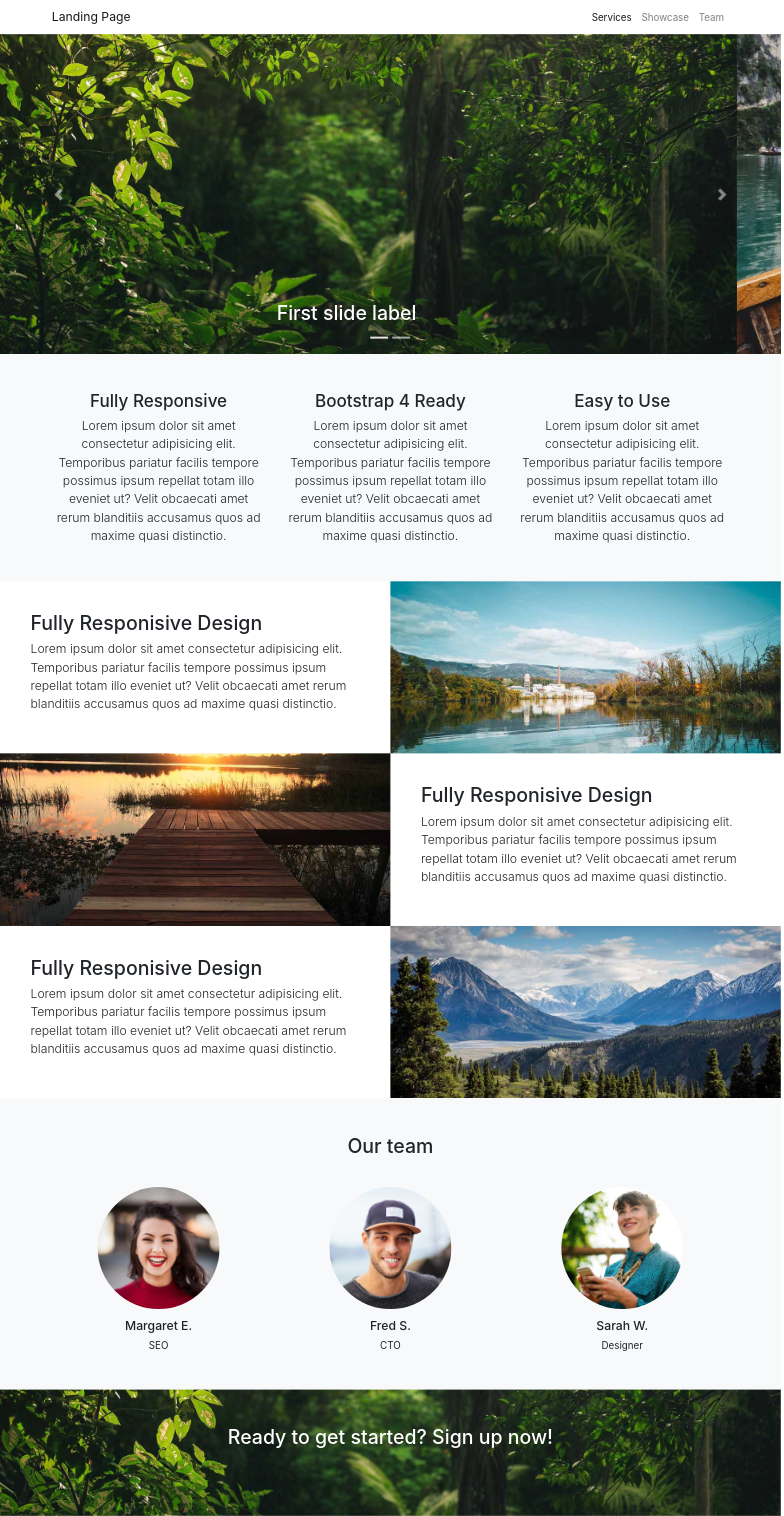
Repository: magdaf41/Bootstrap
Page: zadanie 3/index.html
An editor plug-in stored every save of this project. The page is shown before and after the next save, followed by the edit.
The browser window is 1280 px wide. The page is 1280 px wide, then 1285 px, so the pictures cover 1285 px, including what lies to the right of the window. The pictures show the whole page, at 61% of full size.

Above is the page before, as saved 2020-09-18 09:19:52.

After the next save:
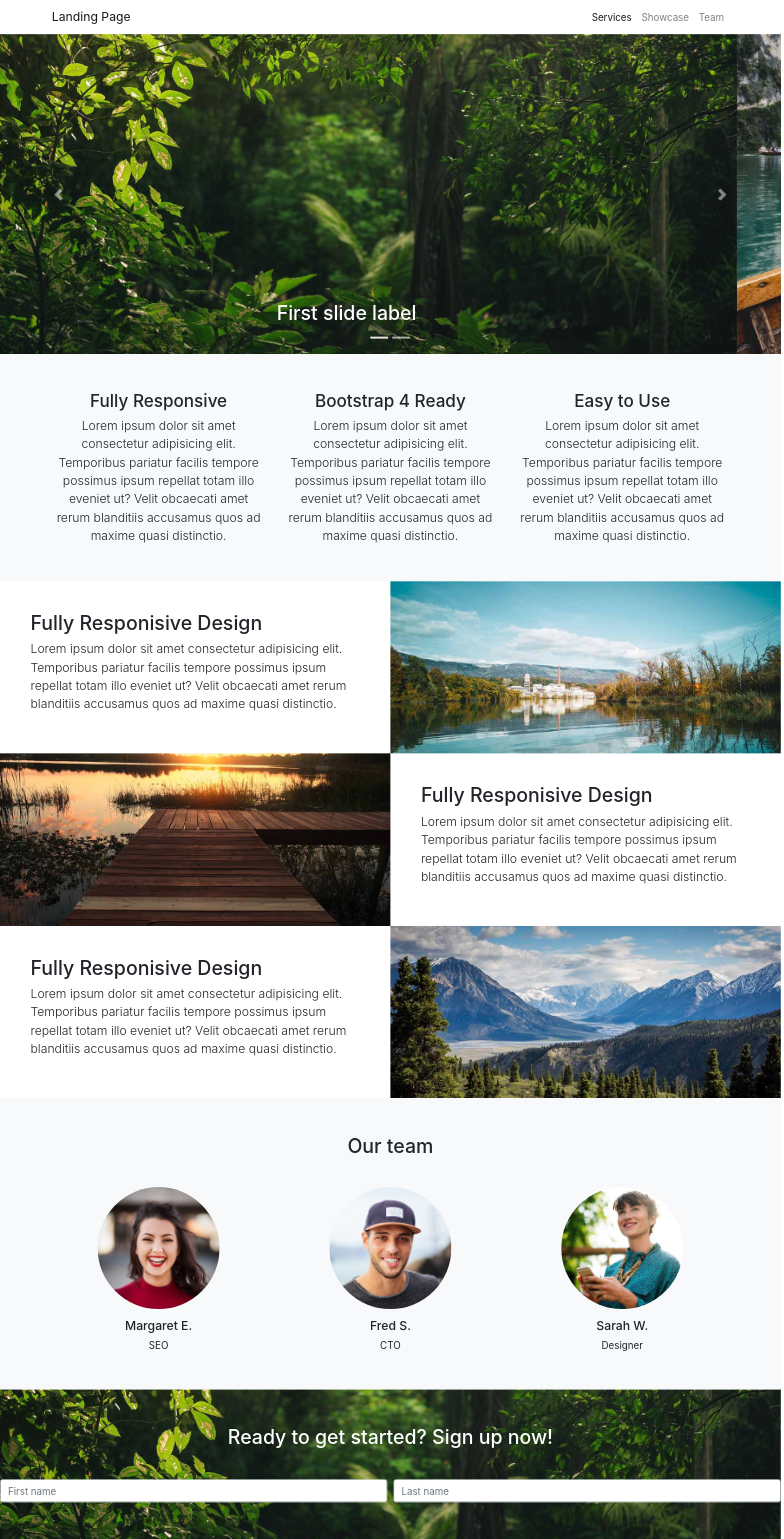
Saved 100 s later.
--- a/zadanie 3/index.html
+++ b/zadanie 3/index.html
@@ -171,6 +171,16 @@
         <div class="container">
             <h2 class="mb-5 text-white text-center">Ready to get started? Sign up now!</h2>
         </div>
+        <form>
+            <div class="form-row">
+              <div class="col">
+                <input type="text" class="form-control" placeholder="First name">
+              </div>
+              <div class="col">
+                <input type="text" class="form-control" placeholder="Last name">
+              </div>
+            </div>
+          </form>
 
     </section>
 
